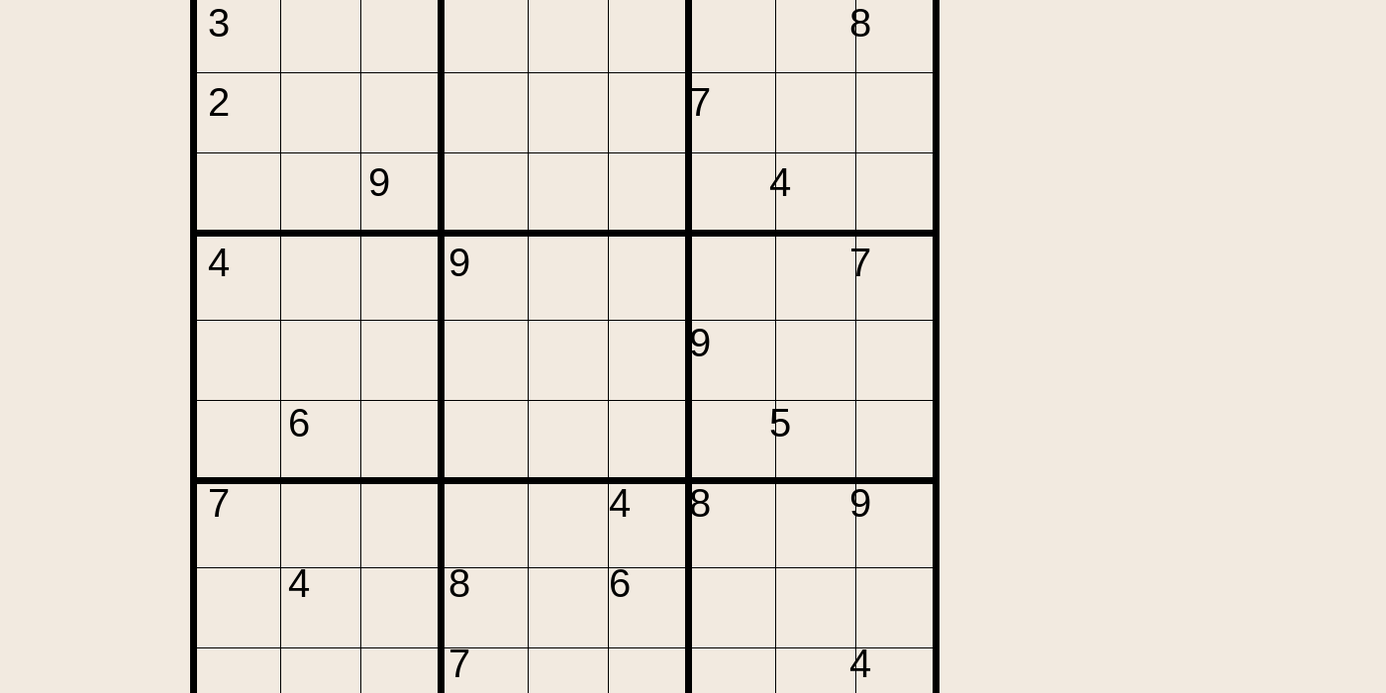
Repository: JensVL96/Puzzle-solver-for-fun
Script's output: python sudoku.py
The author's editor kept a copy of each file at every save. The script's output is drawn from the files as they stood at one save, then again after the next save.
The pictures are shown at 99% of full size.
Figures wider than 1,400 px are first shrunk to that width. The window is shown after at most 60 frames with no key pressed. A system font it names is replaced by a similar one. Random numbers start from a fixed seed.

Above is the script's output before, as saved 2020-11-07 16:44:50.

### sudoku.py
# -*- coding: utf-8 -*-
from __future__ import print_function
from config import *
from create_board import *
from solve_bloard import *
from display_board import *

from string import *
from math import floor
import pygame as pg
import numpy as np

# For error highlighting
def set_highlight(row, col, blk, lock):
    global input_lock
    input_lock = lock
    global row_index
    row_index = row
    global col_index
    col_index = blk
    global blk_index
    blk_index = col

def get_cord(pos):
    global box_index_x
    box_index_x = int((pos[0] - TOP_LX)//BLOCK_SIZE)
    global box_index_y
    box_index_y = int((pos[1] - TOP_LY)//BLOCK_SIZE)


def valid(grid, x, y, val):
    input_lock = 0
    row = col = blk = (0, 0)

    for index in range(9):
        # Check if value in column
        if grid[x][index] == val:
            col = (x, index)
            input_lock = 1

        # Check if value in row
        if grid[index][y] == val:
            row = (index, y)
            input_lock = 1

    # Finds the block
    index_x = x // 3 # integer division
    index_y = y // 3

    # Check if value in block
    for i in range(index_x * 3, index_x * 3 + 3):
        for j in range (index_y * 3, index_y * 3 + 3):
            if grid[i][j] == val:
                blk = (i, j)
                input_lock = 1

    if input_lock == 1:
        set_highlight(row, col, blk, input_lock)
        return False

    return True

def valid_cdt(cdt_list, val):
    if type(cdt_list) == int:   # ignore
        return True

    if len(cdt_list) > 9:
        return False
    else:
        for iter in cdt_list:
            if iter == val:
                return False

    return True

class Main():
    def __init__(self):
        self.board = []
        self.run()

    def run(self):
        pg.init()
        self.screen = pg.display.set_mode(SCREEN_RES)
        pg.display.set_caption('Sudoku solver')

        display = Display_board(self.screen)

        val = 0
        blink = False
        alpha = 1
        a_change = True
        blink_color = GREEN
        candidates = []

        get_cord(INITIAL_CORDS)
        set_highlight(INITIAL_CORDS, INITIAL_CORDS, INITIAL_CORDS, INITIAL_LOCK)

        board = create_board().board

        while 1:
            for event in pg.event.get():
                if event.type == pg.QUIT or (event.type == pg.KEYDOWN and event.key == pg.K_ESCAPE):
                    exit()
                if event.type == pg.MOUSEBUTTONDOWN and input_lock != 1:
                    pos = pg.mouse.get_pos()
                    get_cord(pos)

                    # Checks if selection is on the board
                    if pos[0] < TOP_LX or pos[1] < TOP_LY or pos[0] > int(BOT_RX) or pos[1] > int(BOT_RY):
                        blink = False
                    else:
                        blink = True
                if event.type == pg.KEYDOWN and input_lock != 1:
                    if event.key == pg.K_1:
                        val = 1
                    if event.key == pg.K_2:
                        val = 2
                    if event.key == pg.K_3:
                        val = 3
                    if event.key == pg.K_4:
                        val = 4
                    if event.key == pg.K_5:
                        val = 5
                    if event.key == pg.K_6:
                        val = 6
                    if event.key == pg.K_7:
                        val = 7
                    if event.key == pg.K_8:
                        val = 8
                    if event.key == pg.K_9:
                        val = 9
                    if event.key == pg.K_BACKSPACE:
                        board[int(box_index_x)][int(box_index_y)] = 0
                elif event.type == pg.KEYDOWN and input_lock == 1:
                    if event.key == pg.K_BACKSPACE:
                        val = 0
                        set_highlight(INITIAL_CORDS, INITIAL_CORDS, INITIAL_CORDS, INITIAL_LOCK)
                        blink_color = GREEN
                        board[int(box_index_x)][int(box_index_y)] = 0

            if val != 0:
                # display.draw_val(val, box_index_x, box_index_y)
                candidates = []
                print("value: ", val,"occupying position: ", board[box_index_x][box_index_y])

                if valid(board, box_index_x, box_index_y, val):
                    if type(board[box_index_x][box_index_y]) == 0:  # No candidates
                        board[box_index_x][box_index_y] = val
                    elif type(board[box_index_x][box_index_y]) == int: # Switching from number to list
                        candidates.append(val)
                        board[box_index_x][box_index_y] = candidates
                    elif valid_cdt(board[box_index_x][box_index_y], val): # Adding candidate to list
                        candidates = board[box_index_x][box_index_y]
                        candidates.append(val)
                        board[box_index_x][box_index_y] = candidates


            # Draws the screen
            pg.draw.rect(self.screen, BLACK, (0, 0, self.screen.get_width(), self.screen.get_height()))
            self.screen.fill(BEIGE)

            # find the cell selected
            cell = display.find_cell(box_index_x, box_index_y)

            # Draws the board
            display.draw(board, cell)

            # Check if cell is selected
            if blink:
                blink = display.blink(alpha, a_change)
                alpha = blink[0]
                a_change = blink[1]
                myRect = pg.Rect(cell)

                rectSurf = pg.Surface(myRect.size, pg.SRCALPHA)
                rectSurf.fill(blink_color)
                rectSurf.set_alpha(alpha)
                self.screen.blit(rectSurf, (myRect.x, myRect.y))

            # Check if incorrect input
            if input_lock == 1 and val != 0:
                display.update(board, row_index, col_index, blk_index)
                blink_color = RED

            val = 0

            # display.draw_box()

            pg.display.update()


        self.solution = solve_board(board)

        self.solution.assign_flags(board)

if __name__ == '__main__':
    Main()

### config.py


#   Screen info
SCREEN_HEIGHT = 700
SCREEN_WIDTH = int(SCREEN_HEIGHT * 1.6)
SCREEN_RES = (SCREEN_WIDTH, SCREEN_HEIGHT)

#   Colours
BLACK = (0,0,0)
GREY = (50,50,50)
GREEN = (0,255,0)
RED = (255, 0, 0)
WHITE = (255,255,255)
BEIGE = (242,234,224)

# Box info
BORDER_SIZE = 729
BLOCK_SIZE = BORDER_SIZE / 9
CELL_SIZE = BLOCK_SIZE / 9
# Corner coordinates
TOP_LX = (SCREEN_WIDTH / 2) - (BORDER_SIZE / 2)
TOP_LY = (SCREEN_HEIGHT / 2) - (BORDER_SIZE / 2)
TOP_RX = (SCREEN_WIDTH / 2) + (BORDER_SIZE / 2)
TOP_RY = (SCREEN_HEIGHT / 2) - (BORDER_SIZE / 2)
BOT_LX = (SCREEN_WIDTH / 2) - (BORDER_SIZE / 2)
BOT_LY = (SCREEN_HEIGHT / 2) + (BORDER_SIZE / 2)
BOT_RX = (SCREEN_WIDTH / 2) + (BORDER_SIZE / 2)
BOT_RY = (SCREEN_HEIGHT / 2) + (BORDER_SIZE / 2)

# Numbers
CANDIDATE_SIZE = 20
NUMBER_SIZE = 40
BOLD = 50

# Blinking
BLINK_SPEED = 0.3
BLINK_COLOR = GREEN
ERROR_COLOR = RED

INITIAL_CORDS = (-1, -1)
INITIAL_LOCK = 0

### create_board.py
from random import sample

class create_board():
    def __init__(self):
        self.base  = 3  # Will generate any size of random sudoku board in O(n^2) time
        self.side  = self.base * self.base
        self.nums  = sample(range(1, self.side + 1), self.side) # random numbers
        self.board = [[self.nums[(self.base * (r%self.base) + r//self.base + c)%self.side] for c in range(self.side) ] for r in range(self.side)]
        rows  = [ r for g in sample(range(self.base),self.base) for r in sample(range(g * self.base,(g + 1) * self.base), self.base) ]
        cols  = [ c for g in sample(range(self.base),self.base) for c in sample(range(g * self.base,(g + 1) * self.base), self.base) ]
        self.board = [[self.board[r][c] for c in cols] for r in rows]

        # print("\nInput:")
        # for line in self.board: print(line)

        squares = self.side * self.side
        empties = squares * 3//4
        for p in sample(range(squares),empties):
            self.board[p//self.side][p%self.side] = 0

        self.lines()

    def expandLine(self, line):
        return line[0]+line[5:9].join([line[1:5]*(self.base-1)]*self.base)+line[9:13]

    def lines(self):
        self.line0  = self.expandLine("╔═══╤═══╦═══╗")
        self.line1  = self.expandLine("║ . │ . ║ . ║")
        self.line2  = self.expandLine("╟───┼───╫───╢")
        self.line3  = self.expandLine("╠═══╪═══╬═══╣")
        self.line4  = self.expandLine("╚═══╧═══╩═══╝")

        self.draw()

    def draw(self):
        symbol = " 1234567890ABCDEFGHIJKLMNOPQRSTUVWXYZ"
        self.nums   = [ [""]+[symbol[n] for n in row] for row in self.board ]
        print(self.line0)
        for r in range(1,self.side+1):
            print( "".join(n+s for n,s in zip(self.nums[r-1],self.line1.split("."))) )
            print([self.line2,self.line3,self.line4][(r%self.side==0)+(r%self.base==0)])

### solve_bloard.py
class solve_board():
    def __init__(self, board):
        self.row = []
        self.col = []
        self.cell = []
        self.row_list = []
        self.col_list = []
        self.cell_list = []

        for space in range(9):
            self.col.append([])
            self.cell.append([])

        row_idx = 0
        for line in board:

            self.row.append(line)

            cell_idx = 0
            if row_idx >= 3:
                cell_idx = 3
            if row_idx >= 6:
                cell_idx = 6


            for col_idx in range(9):

                self.col[col_idx].insert(row_idx, line[col_idx])

                if col_idx % 3 == 0:
                    for triple in range(0, 3):
                        self.cell[cell_idx].insert(len(self.cell[row_idx]) + triple, line[col_idx + triple])
                    cell_idx += 1

            self.row_list.append(self.row)
            self.col_list.append(self.col)
            self.cell_list.append(self.cell)
            row_idx += 1

        print("\nrow:")
        for row in self.row_list[0]:
            print(row)
        # print("\ncolumn:")
        # for col in self.col_list[0]:
        #     print(col)
        # print("\ncell:")
        # for cell in self.cell_list[0]:
        #     print(cell)

    def assign_flags(self, board):
        self.flags = []
        row_idx = 0
        cell_idx = 0

        print("\n")
        for line in board:
            cell_idx = 0
            if row_idx >= 3:
                cell_idx = 3
            if row_idx >= 6:
                cell_idx = 6

            for index in range(9):
                # print("position: ", index, "value: ", line[index])

                # print("row", row_idx, "col", index, "cell", cell_idx)
                if (index % 3 == 0 and index != 0):
                    cell_idx += 1

                if line[index] == 0:
                    flag_idx = 0
                    temp_flag = []
                    for value in range(1, 10):
                        # print(value)
                        if self.row_flag(value, row_idx):
                            # print("found in row")
                            pass
                        elif self.col_flag(value, index):
                            # print("found in column")
                            pass
                        elif self.cell_flag(value, cell_idx):
                            # print("found in cell")
                            pass
                        else:
                            temp_flag.append(value)
                            flag_idx += 1
                    print(temp_flag)
                    self.flags.append(temp_flag)
            row_idx += 1

    def check_row(self):
        pass

    def column(self, x):
        pass

    def cell(self, row, col):
        pass

    def row_flag(self, index, row_idx):
        for row in self.row_list[0][row_idx]:
            # print("comparing in row ", row, "with ", index, "row_idx ", row_idx)
            if row == index:
                return 1
        return 0

    def col_flag(self, index, col_idx):
        for col in self.col_list[0][col_idx]:
            # print("comparing in column ", col, "with ", index, "col_idx ", col_idx)
            if col == index:
                return 1
        return 0

    def cell_flag(self, index, cell_idx):
        for cell in self.cell_list[0][cell_idx]:
            # print("comparing in cell ", cell, "with ", index, "cell_idx ", cell_idx)
            if cell == index:
                return 1
        return 0

### display_board.py
from config import *
import pygame as pg

class Display_board():
    def __init__(self, screen):
        self.screen = screen
        self.font_num = pg.font.SysFont("comicsans", NUMBER_SIZE)
        self.font_cdt = pg.font.SysFont("comicsans", CANDIDATE_SIZE)

    def draw_val(self, val, x, y):
        text1 = self.font_num.render(str(val), 1, BLACK)
        self.screen.blit(text1, (x * BLOCK_SIZE + 15, y * BLOCK_SIZE + 15))

    def draw_cdt(self, val, x, y):
        text1 = self.font_cdt.render(str(val), 1, BLACK)
        self.screen.blit(text1, (x * BLOCK_SIZE + 1, y * BLOCK_SIZE + 1))

    def on_mouse_press(self, x, y, symbol, modifier):
        pass

    def draw(self, grid, cell):
        for i in range (9):
            for j in range (9):
                if grid[i][j] != 0:
                    if type(grid[i][j]) != int:
                        self.draw_candidates(grid, cell)
                    else:
                        text1 = self.font_num.render(str(grid[i][j]), 1, BLACK)
                        self.screen.blit(text1, (TOP_LX + i * BLOCK_SIZE + 15, TOP_LY + j * BLOCK_SIZE + 14))

        size = 0
        for i in range(10):
            if i %3 == 0:
                thick = 7
            else:
                thick = 1

            if i % 3 == 1:
                size +=7

            print("line: ", i, size)
            print("Start: ", TOP_LX, TOP_LY + i * BLOCK_SIZE + size, "end: ", TOP_RX, TOP_RY + i * BLOCK_SIZE + size)
            print("Start: ", TOP_LX + i * BLOCK_SIZE + size, TOP_LY, "end: ", BOT_LX + i * BLOCK_SIZE + size, BOT_LY)
            pg.draw.line(self.screen, BLACK, (TOP_LX,
                                            TOP_LY + i * BLOCK_SIZE + size),
                                            (TOP_RX + 21,
                                            TOP_RY + i * BLOCK_SIZE + size), thick)
            pg.draw.line(self.screen, BLACK, (TOP_LX + i * BLOCK_SIZE + size,
                                            TOP_LY),
                                            (BOT_LX + i * BLOCK_SIZE + size,
                                            BOT_LY + 21), thick)

            # For candidate placement
            # if i % 3 == 0:
            #     print(BLOCK_SIZE)
            #     pg.draw.line(self.screen, BLACK, (cell[0],
            #                                     cell[1] + i * (cell[2] / 9)),
            #                                     ((cell[0] + cell[2]),
            #                                     cell[1] + i * (cell[2] / 9)), 1)
            #     pg.draw.line(self.screen, BLACK, (cell[0] + i * (cell[3] / 9),
            #                                     cell[1]),
            #                                     (cell[0] + i * (cell[3] / 9),
            #                                     cell[1] + cell[3]), 1)

    def draw_candidates(self, grid, cell):
        new_line = 1
        iteration = 1
        indent = 15
        for number in grid[i][j]:
            if iteration % 3 == 1:    # Checking if first in line: 1, 4, 7
                text1 = self.font_cdt.render(str(number), 1, BLACK)
                self.screen.blit(text1, (cell[0] + 3, cell[1] + ((new_line - 1) * indent) + 2))
            else:
                text1 = self.font_cdt.render(str(number), 1, BLACK)
                self.screen.blit(text1, (cell[0] + ((iteration - 1) * indent) + 3, cell[1] + ((new_line - 1) * indent) + 2))
            if iteration % 3 == 0:      # checking if last in line: 3, 6
                new_line += 1
                iteration = 0

            iteration += 1


    def update(self, grid, row, col, blk):
        font_val = pg.font.SysFont("comicsans", BOLD)

        if row != (-1, -1):
            # Remove old number
            text1 = self.font_num.render(str(grid[row[0]][row[1]]), 1, WHITE)
            self.screen.blit(text1, (TOP_LX + row[0] * BLOCK_SIZE + 15, TOP_LY + row[1] * BLOCK_SIZE + 15))

            # Rewrite in bigger font
            text1 = font_val.render(str(grid[row[0]][row[1]]), 1, BLACK)
            self.screen.blit(text1, (TOP_LX + row[0] * BLOCK_SIZE + 14, TOP_LY + row[1] * BLOCK_SIZE + 10))

        if col != (-1, -1):
            # Remove old number
            text1 = self.font_num.render(str(grid[col[0]][col[1]]), 1, WHITE)
            self.screen.blit(text1, (TOP_LX + col[0] * BLOCK_SIZE + 15, TOP_LY + col[1] * BLOCK_SIZE + 15))

            # Rewrite in bigger font
            text1 = font_val.render(str(grid[col[0]][col[1]]), 1, BLACK)
            self.screen.blit(text1, (TOP_LX + col[0] * BLOCK_SIZE + 14, TOP_LY + col[1] * BLOCK_SIZE + 10))

        if blk != (-1, -1):
            # Remove old number
            text1 = self.font_num.render(str(grid[blk[0]][blk[1]]), 1, WHITE)
            self.screen.blit(text1, (TOP_LX + blk[0] * BLOCK_SIZE + 15, TOP_LY + blk[1] * BLOCK_SIZE + 15))

            # Rewrite in bigger font
            text1 = font_val.render(str(grid[blk[0]][blk[1]]), 1, BLACK)
            self.screen.blit(text1, (TOP_LX + blk[0] * BLOCK_SIZE + 14, TOP_LY + blk[1] * BLOCK_SIZE + 10))

    def find_cell(self, x, y):
        # Only applies glow when a cell is selected
        if x == -1 and y == -1:
            return

        width = BLOCK_SIZE
        height = BLOCK_SIZE

        # Adjustment in size if bordering a thick line
        if x % 3 == 0:  # If thick line on the left
            start_pos_x = TOP_LX + x * BLOCK_SIZE + 4
            width = BLOCK_SIZE - 4
        else:
            start_pos_x = TOP_LX + x * BLOCK_SIZE + 1

        if (x + 1) % 3 == 0:    # If thick line on the right
            width = BLOCK_SIZE - 3.5

        if y % 3 == 0:  # If thick line on the top
            start_pos_y = TOP_LY + y * BLOCK_SIZE + 4
            height = BLOCK_SIZE - 4
        else:
            start_pos_y = TOP_LY + y * BLOCK_SIZE + 1

        if (y + 1) % 3 == 0:    # If thick line on the bottom
            height = BLOCK_SIZE - 3.5

        return (start_pos_x, start_pos_y, width, height)

    def blink(self, alpha, a_change):
        if a_change:
            alpha += BLINK_SPEED
            if alpha >= 175:
                a_change = False
        elif a_change == False:
            alpha += -BLINK_SPEED
            if alpha <= 30:
                a_change = True

        return (alpha, a_change)

After the next save:
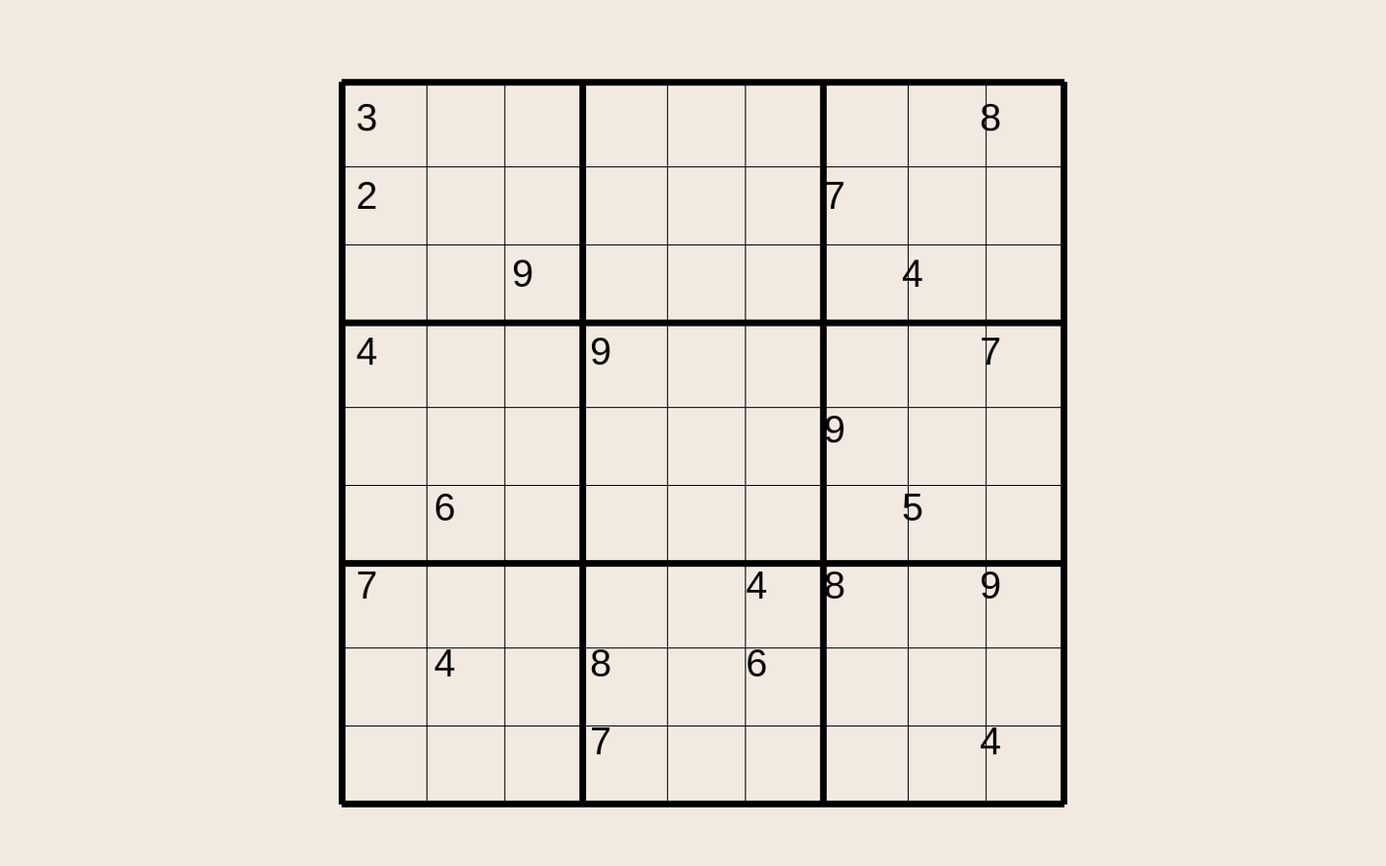
Saved 42 s later.
--- a/config.py
+++ b/config.py
@@ -1,7 +1,7 @@
 
 
 #   Screen info
-SCREEN_HEIGHT = 700
+SCREEN_HEIGHT = 900
 SCREEN_WIDTH = int(SCREEN_HEIGHT * 1.6)
 SCREEN_RES = (SCREEN_WIDTH, SCREEN_HEIGHT)
 
